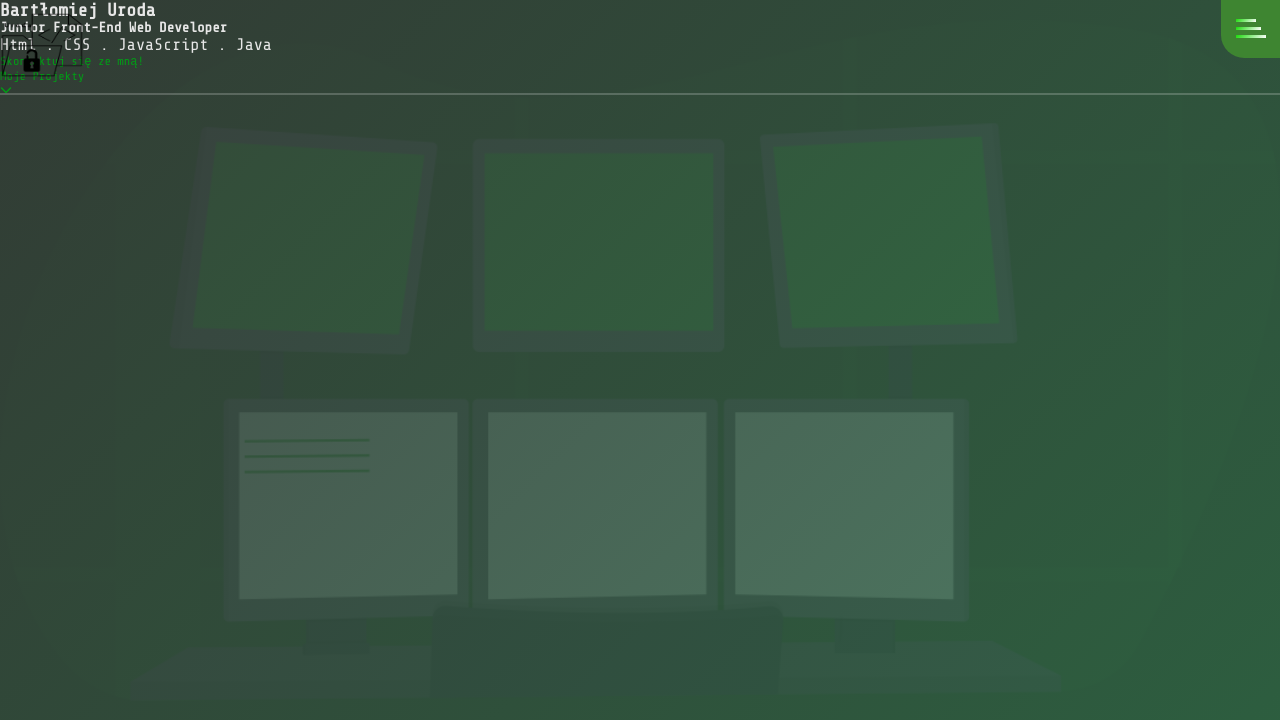
Repository: BartekUroda/portfolio
Page: index.html
The author's editor kept a copy of each file at every save. The page is drawn from the files as they stood at one save, then again after the next save.
The browser window is 1280 px wide. The pictures show the whole page.
Some web libraries are served in a nearby version.

Above is the page before, as saved 2020-10-27 00:29:55.

After the next save:
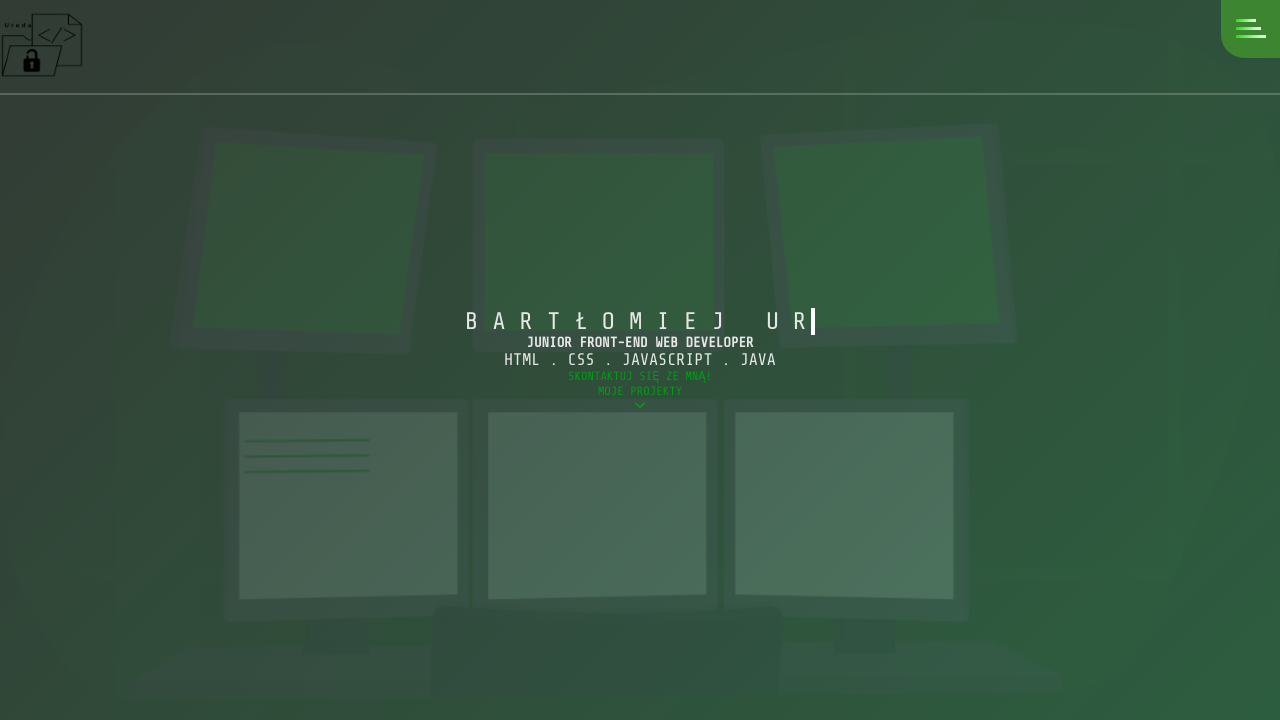
Saved 41 s later.
--- a/css/style.css
+++ b/css/style.css
@@ -179,3 +179,25 @@ nav {
     background-size: contain;
     position: relative;
 }
+.main-message {
+    width: 100%;
+    max-width: 58rem;
+    text-transform: uppercase;
+    position: absolute;
+    left: 50%;
+    top: 50%;
+    transform: translate(-50%, -50%);
+    text-align: center;
+  }
+
+  .main-message h2 {
+    letter-spacing: 1.2rem;
+    font-size: 2rem;
+    font-weight: 400;
+    overflow: hidden;
+    white-space: nowrap;
+    animation: typing 5s steps(27), blink 1s ease-in-out 7s infinite;
+    width: 27ch;
+    margin: auto;
+    border-right: 4px solid rgba(255, 255, 255, 1);
+  }
